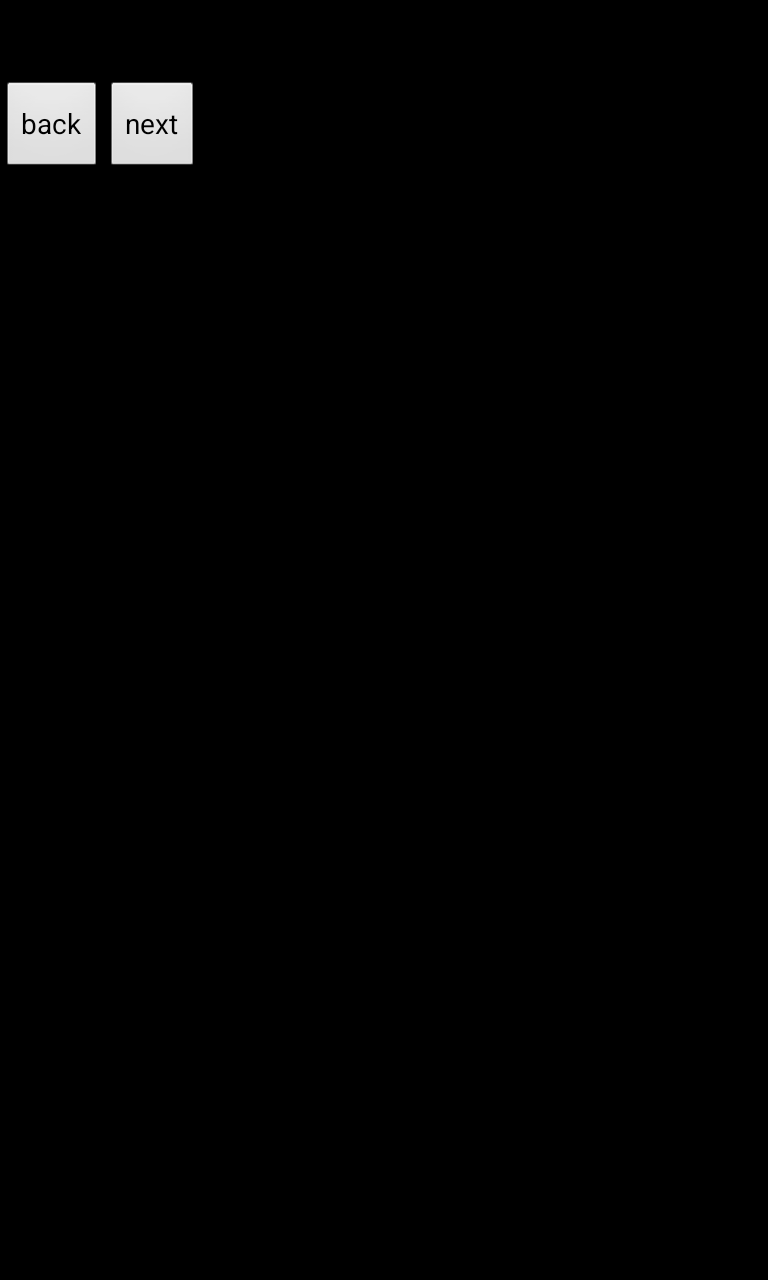
Repository: kangchihlun/UnityAndroidSubView
Layout: AndroidVuforiaSubView/FragmentDemo/res/layout/activity_main.xml
An editor plug-in stored every save of this project. The layout is shown before and after the next save, followed by the edit.
It is drawn on a 768 x 1280 px phone screen (xhdpi) without system bars, with theme android:Theme.NoTitleBar.Fullscreen; the app's code is not run.

Above is the layout before, as saved 2015-03-11 07:09:06.

After the next save:
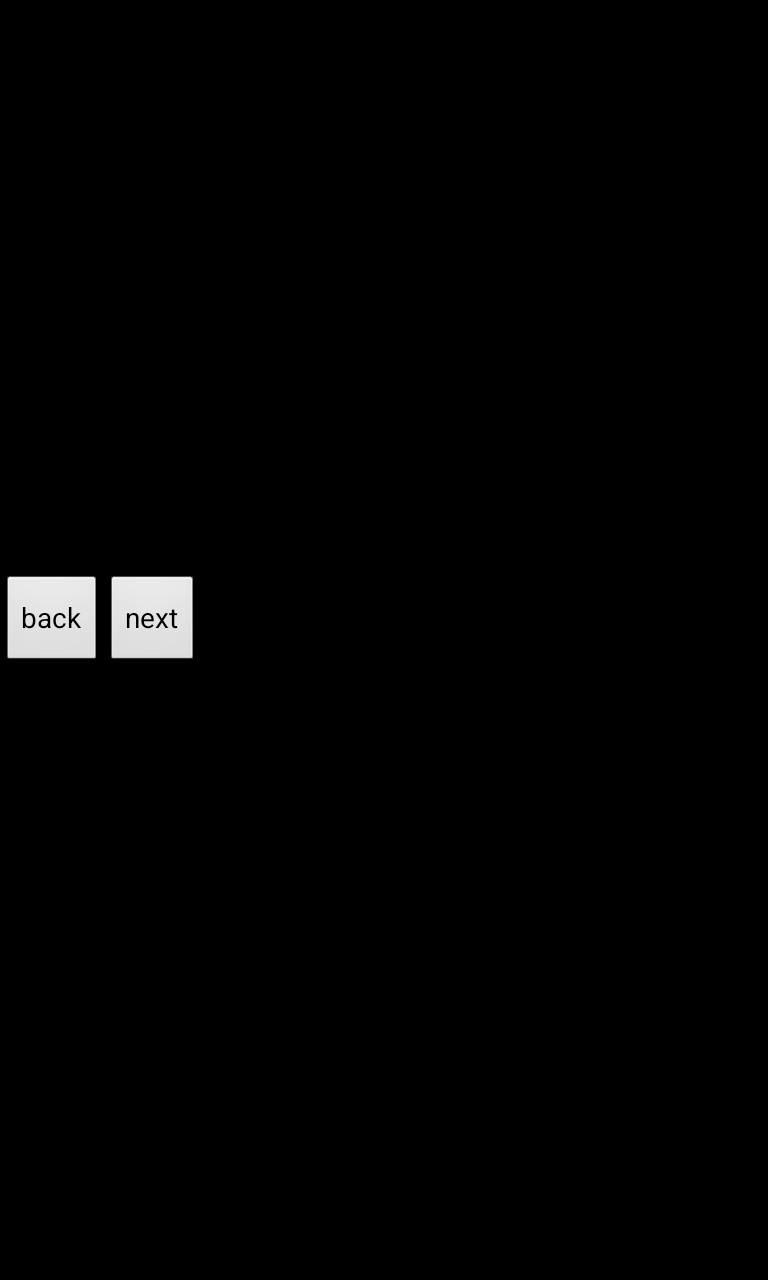
Saved 102 s later.
--- a/AndroidVuforiaSubView/FragmentDemo/res/layout/activity_main.xml
+++ b/AndroidVuforiaSubView/FragmentDemo/res/layout/activity_main.xml
@@ -6,14 +6,15 @@
     <LinearLayout
         android:id="@+id/fragment_container"
         android:layout_width="match_parent"
-        android:layout_height="wrap_content"
+        android:layout_height="287dp"
         android:orientation="vertical"
         android:padding="20dp" />
 "
+
     <LinearLayout
         android:layout_width="fill_parent"
-        android:layout_height="fill_parent"
-        >
+        android:layout_height="264dp" >
+
 		<Button
 		    android:layout_width="wrap_content"
 		    android:layout_height="wrap_content"
